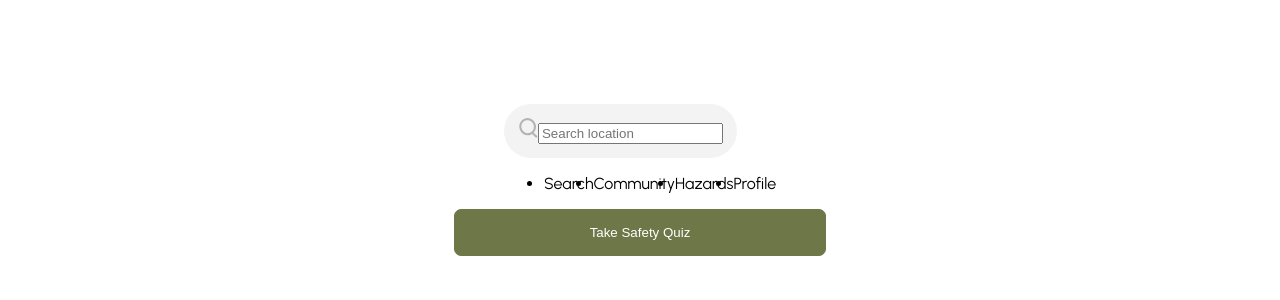
Repository: Aladdin3r/SafeCycle
Page: /
An editor plug-in stored every save of this project. The page is shown before and after a run of saves, followed by the edit.
The browser window is 1280 px wide. The pictures show the whole page.
The project was rebuilt for these pictures with package versions that can differ from the ones it lists, and the page was loaded fresh each time. The framework's server and built-in components were replaced by stand-ins that run in the browser.

Above is the page before, as saved 2024-04-15 10:52:31.

After the next 2 saves:
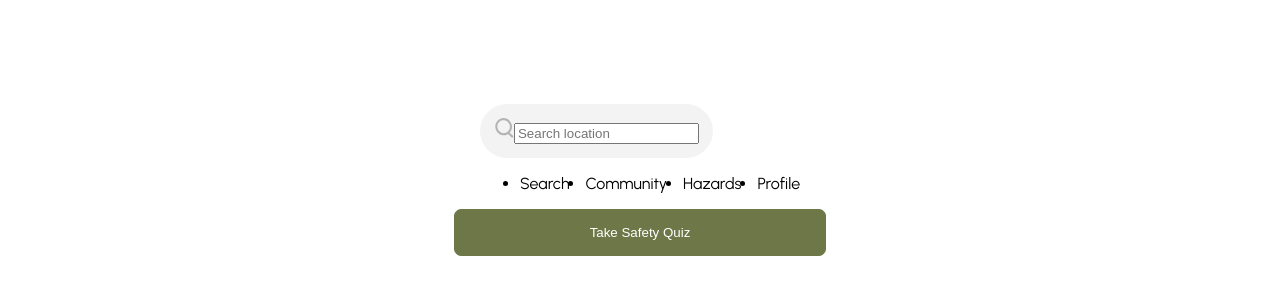
The 2 saves are shown as one change because they came seconds apart.
The last was saved 6 s later.
--- a/components/NavBar/NavBar.module.css
+++ b/components/NavBar/NavBar.module.css
@@ -13,4 +13,5 @@
 .navigation ul{
     display: flex;
     flex-direction: row;
+    gap: 1em;
 }
